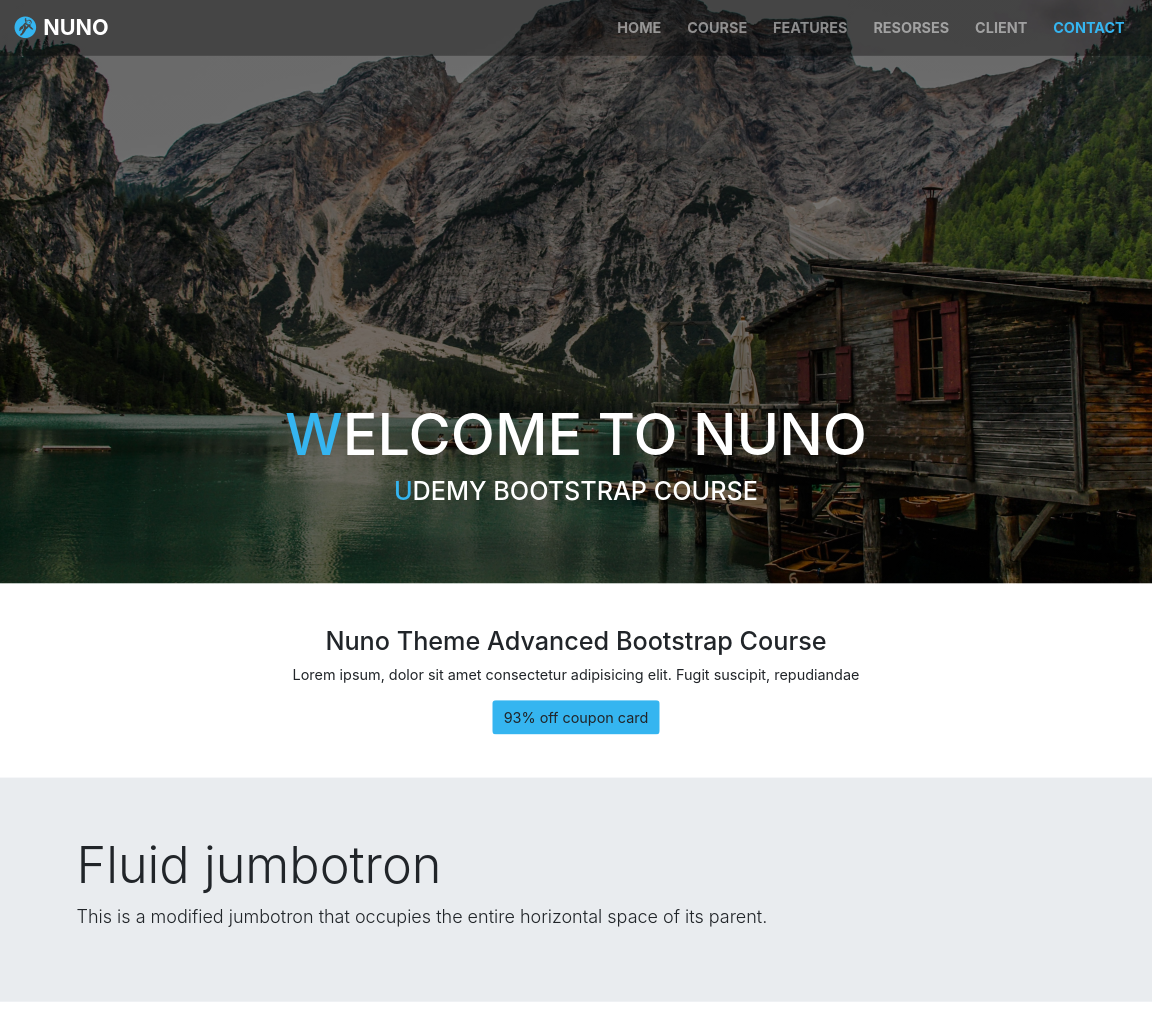
Repository: Mietlicha/bootstrap_template_exercise
Page: index.html
These files come from the project's save history. The page is drawn as it stood at one moment and after the next save; the edit follows.
The browser window is 1280 px wide. The pictures show the whole page, at 90% of full size.

Above is the page before, as saved 2019-11-19 19:40:45.

### index.html
<!DOCTYPE html>
<html lang="en">

<head>
    <meta charset="UTF-8">
    <meta name="viewport" content="width=device-width, initial-scale=1.0">
    <meta http-equiv="X-UA-Compatible" content="ie=edge">
    <title>Bootstrap template</title>
    <link rel="stylesheet" href="https://stackpath.bootstrapcdn.com/bootstrap/4.3.1/css/bootstrap.min.css"
        integrity="sha384-ggOyR0iXCbMQv3Xipma34MD+dH/1fQ784/j6cY/iJTQUOhcWr7x9JvoRxT2MZw1T" crossorigin="anonymous">
    <link rel="stylesheet" href="style.css">
    <link rel="stylesheet" href="https://cdnjs.cloudflare.com/ajax/libs/font-awesome/4.7.0/css/font-awesome.min.css">
</head>

<body data-spy="scroll" data-target="#main-nav">
    <!--------------------nav/home-------------------------------------------------------------------->
    <nav id="main-nav" class="navbar navbar-expand-md navbar-dark bg-dark font-weight-bold fixed-top">
        <a class="navbar-brand" href="#"><i class="fa fa-grav mr-2" aria-hidden="true"></i>Nuno</a>
        <button class="navbar-toggler" type="button" data-toggle="collapse" data-target="#navbarSupportedContent"
            aria-controls="navbarSupportedContent" aria-expanded="false" aria-label="Toggle navigation">
            <span class="navbar-toggler-icon"></span>
        </button>

        <div class="collapse navbar-collapse" id="navbarSupportedContent">
            <ul class="navbar-nav ml-auto">
                <li class="nav-item">
                    <a class="nav-link" href="#home">Home</a>
                </li>
                <li class="nav-item">
                    <a class="nav-link" href="#course">Course</a>
                </li>
                <li class="nav-item">
                    <a class="nav-link" href="#feature">Features</a>
                </li>
                <li class="nav-item">
                    <a class="nav-link" href="#resourses">Resorses</a>
                </li>
                <li class="nav-item">
                    <a class="nav-link" href="#client">Client</a>
                </li>
                <li class="nav-item">
                    <a class="nav-link" href="#contact">Contact</a>
                </li>
        </div>
    </nav>
<!--------------------main----------------------------------------------------------------->
<main>
    <!--------------------home-------------------->
    <section id="home">
        <div class="home--landing-page">
        </div>
        <div class="home--caption">
            <h1>Welcome to Nuno</h1>
            <h3>Udemy bootstrap course</h3>
        </div>
    </section>

    <!--------------------corse-------------------->
    <section id="course" class="container text-center mt-5 mb-5">
        <header><h3>Nuno Theme Advanced Bootstrap Course</h3></header>
        <p>Lorem ipsum, dolor sit amet consectetur adipisicing elit. Fugit suscipit, repudiandae
        </p>
        <a href="#" class="btn btn-md" target="_blnk">93% off coupon card</a>
    </section>
    <!--------------------feature-------------------->
    <section id="feature">
            <div class="jumbotron jumbotron-fluid">
                    <div class="container">
                      <h1 class="display-4">Fluid jumbotron</h1>
                      <p class="lead">This is a modified jumbotron that occupies the entire horizontal space of its parent.</p>
                    </div>
                  </div>
    </section>
    <!--------------------Resourses-------------------->
    <section id="resourses">

    </section>
    <!--------------------Client-------------------->
    <section id="client">

    </section>
    <!--------------------Contact-------------------->
    <section id="contact">

    </section>
</main>

    <script src="https://code.jquery.com/jquery-3.3.1.slim.min.js"
        integrity="sha384-q8i/X+965DzO0rT7abK41JStQIAqVgRVzpbzo5smXKp4YfRvH+8abtTE1Pi6jizo"
        crossorigin="anonymous"></script>
    <script src="https://cdnjs.cloudflare.com/ajax/libs/popper.js/1.14.7/umd/popper.min.js"
        integrity="sha384-UO2eT0CpHqdSJQ6hJty5KVphtPhzWj9WO1clHTMGa3JDZwrnQq4sF86dIHNDz0W1"
        crossorigin="anonymous"></script>
    <script src="https://stackpath.bootstrapcdn.com/bootstrap/4.3.1/js/bootstrap.min.js"
        integrity="sha384-JjSmVgyd0p3pXB1rRibZUAYoIIy6OrQ6VrjIEaFf/nJGzIxFDsf4x0xIM+B07jRM"
        crossorigin="anonymous"></script>
</body>

</html>

### style.css
:root{
--main-colour: rgb(53, 181, 240);
font-size: 12px;
}

body{
    position: relative;
}

/************************NAV******************************************/
.bg-dark {
    background-color: #0a0a0a60!important;
}

.navbar-dark .navbar-nav .nav-link:hover{
    color: rgb(255, 255, 255);
}

.nav-link{
    padding: 0 7rem;
}

#main-nav {
text-transform: uppercase;
}

#main-nav .navbar-brand{
    font-size: 1.5rem;
}

#main-nav .navbar-brand i{
    color: var(--main-colour);
}

.navbar-dark .navbar-nav .nav-link.active{
    color: var(--main-colour);
    font-weight: bold;
}

.navbar-dark .navbar-nav .nav-link{
    padding-top: .9rem;
}

/*Nav*/
@media (min-width: 768px){
    :root{
        font-size: 16px;
    }
.navbar-expand-md .navbar-nav .nav-link {
    padding-right: .9rem;
    padding-left: .9rem;
    padding-top: 0;
}
}

/************************Home******************************************/
.home--landing-page{
    background: linear-gradient(rgba(0, 0, 0, 0.534), rgba(0, 0, 0, 0.534)), url(img/tlo.jpg) center/cover no-repeat;
    width: 100vw;
    height: 90vh;
}

.home--caption{
    width: 100%;
    position: absolute;
    top: 40%;
    z-index: 3;
    text-align: center;
    color: #fff;
    text-transform: uppercase;
}

.home--caption h1{
    font-size: 4rem;
}

.home--caption h1::first-letter, .home--caption h3::first-letter{
    color: var(--main-colour);
}

/************************Course******************************************/
#course .btn{
    background-color: var(--main-colour);
}

After the next save:
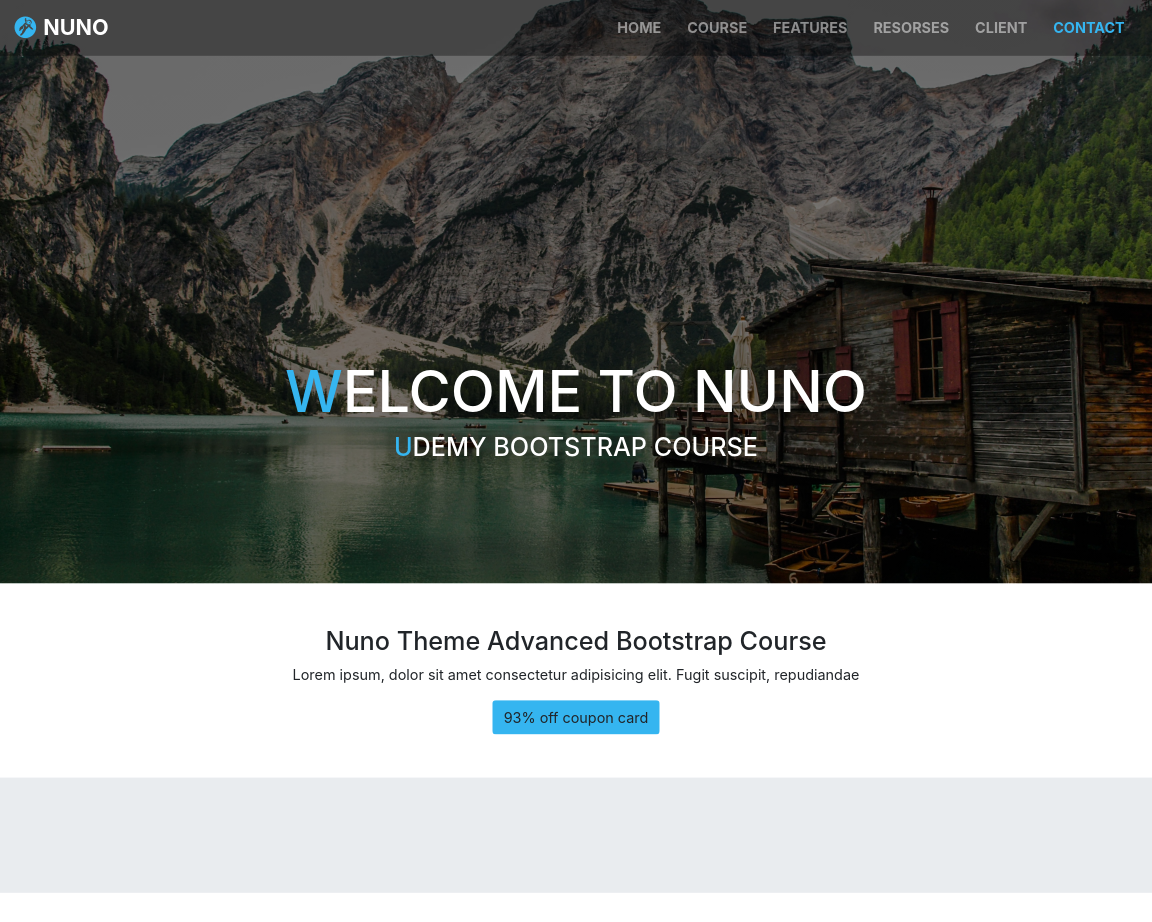
Saved 16 min 19 s later.
--- a/index.html
+++ b/index.html
@@ -66,8 +66,7 @@
     <section id="feature">
             <div class="jumbotron jumbotron-fluid">
                     <div class="container">
-                      <h1 class="display-4">Fluid jumbotron</h1>
-                      <p class="lead">This is a modified jumbotron that occupies the entire horizontal space of its parent.</p>
+
                     </div>
                   </div>
     </section>
